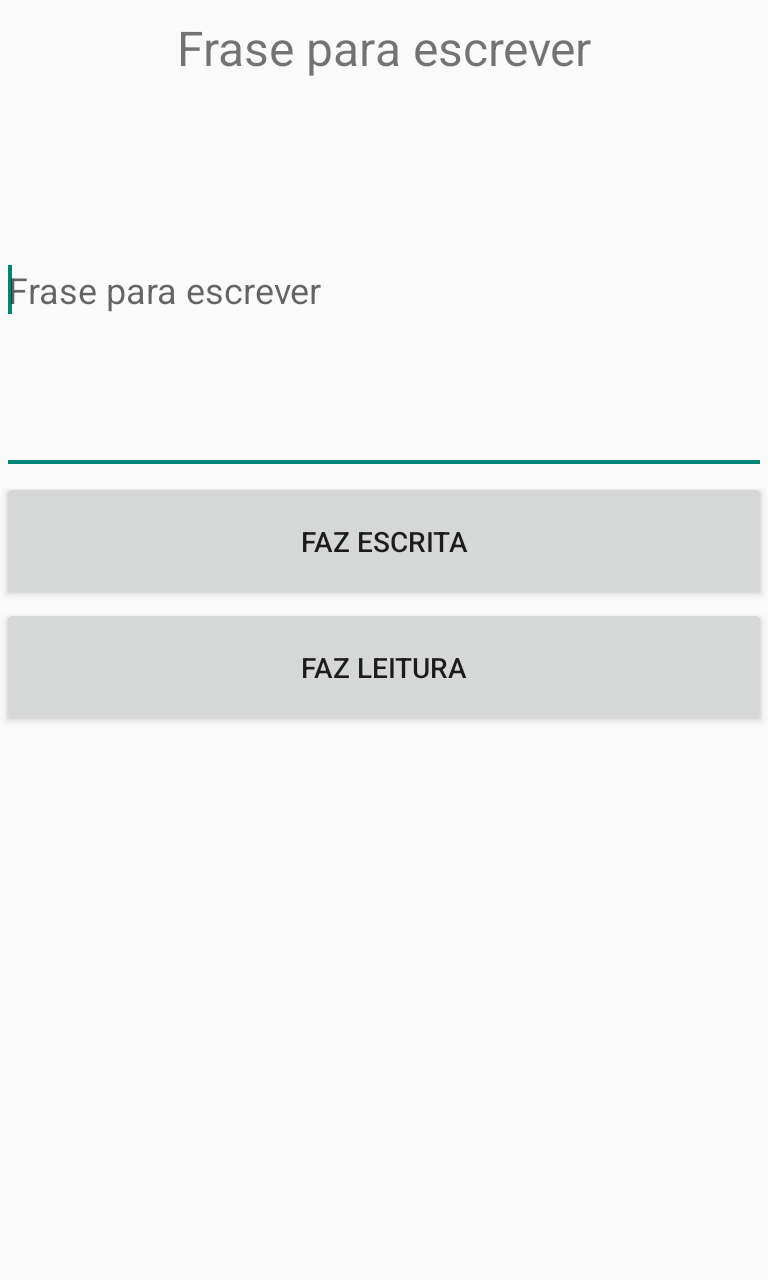
Repository: gokugohan/ddm
Layout: FileSystem1/res/layout/activity_main.xml
An editor plug-in stored every save of this project. The layout is shown before and after a run of saves, followed by the edit.
It is drawn on a 768 x 1280 px phone screen (xhdpi) without system bars, with theme AppTheme; the app's code is not run.

Above is the layout before, as saved 2014-11-28 12:09:06.

### FileSystem1/res/layout/activity_main.xml
<LinearLayout xmlns:android="http://schemas.android.com/apk/res/android"
    xmlns:tools="http://schemas.android.com/tools"
    android:layout_width="match_parent"
    android:layout_height="match_parent"
    android:orientation="vertical"
    android:weightSum="3"
    tools:context="com.example.filesystem1.MainActivity" >

    <TextView
        android:id="@+id/id_tv_frase"
        android:layout_width="match_parent"
        android:layout_height="wrap_content"
        android:layout_weight="0.1"
        android:gravity="center"
        android:text="@string/str_frase"
        android:textSize="24sp" />

    <EditText
        android:id="@+id/id_et_frase"
        android:layout_width="match_parent"
        android:layout_height="wrap_content"
        android:layout_weight="1"
        android:hint="@string/str_frase"
        android:inputType="textMultiLine" >

        <requestFocus />
    </EditText>

    <Button
        android:id="@+id/id_btn_escrever"
        android:layout_width="match_parent"
        android:layout_height="wrap_content"
        android:layout_weight="0.1"
        android:text="@string/str_faz_escrita" />

    <Button
        android:id="@+id/id_btn_ler"
        android:layout_width="match_parent"
        android:layout_height="wrap_content"
        android:layout_weight="0.1"
        android:text="@string/str_faz_leitura" />

    <ScrollView
        android:layout_width="match_parent"
        android:layout_height="wrap_content" >

        <TextView
            android:id="@+id/id_tv_frase_leitura"
            android:layout_width="match_parent"
            android:layout_height="wrap_content"
            android:layout_weight="1.7"
            android:gravity="center" />
    </ScrollView>

</LinearLayout>

### FileSystem1/res/values/strings.xml
<?xml version="1.0" encoding="utf-8"?>
<resources>

    <string name="app_name">File System 1</string>
    <string name="hello_world">Hello world!</string>
    <string name="action_settings">Settings</string>
    <string name="str_frase" >Frase para escrever</string>
	<string name="str_faz_escrita">Faz escrita</string>
	<string name="str_faz_leitura">Faz leitura</string>
</resources>

Loaded but not shown: FileSystem1/res/values/styles.xml (common file); FileSystem1/res/values-v11/styles.xml (common file); FileSystem1/res/values-v14/styles.xml (common file)

After the next 2 saves:
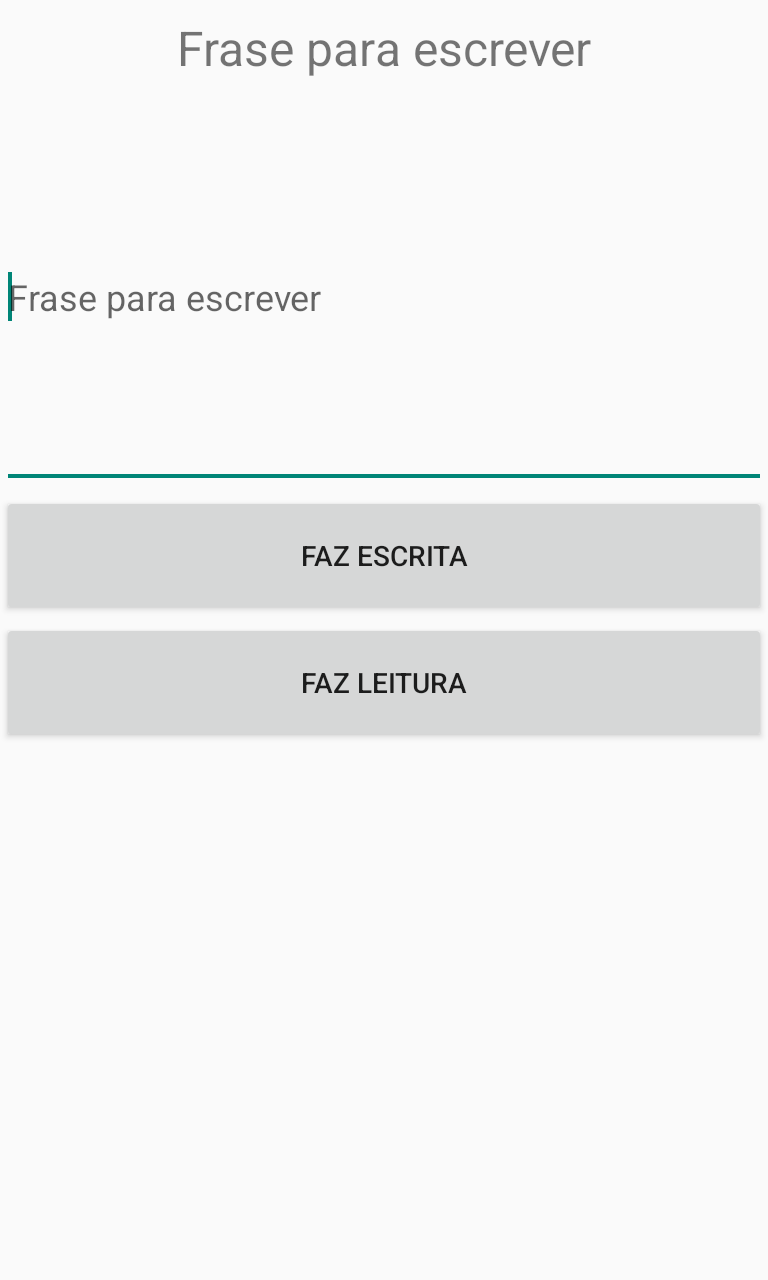
The 2 saves are shown as one change because they came seconds apart.
The last was saved 70 s later.
--- a/FileSystem1/res/layout/activity_main.xml
+++ b/FileSystem1/res/layout/activity_main.xml
@@ -42,13 +42,14 @@
 
     <ScrollView
         android:layout_width="match_parent"
-        android:layout_height="wrap_content" >
+        android:layout_weight="1.7"
+        android:layout_height="0dp" >
 
         <TextView
             android:id="@+id/id_tv_frase_leitura"
             android:layout_width="match_parent"
             android:layout_height="wrap_content"
-            android:layout_weight="1.7"
+
             android:gravity="center" />
     </ScrollView>
 
